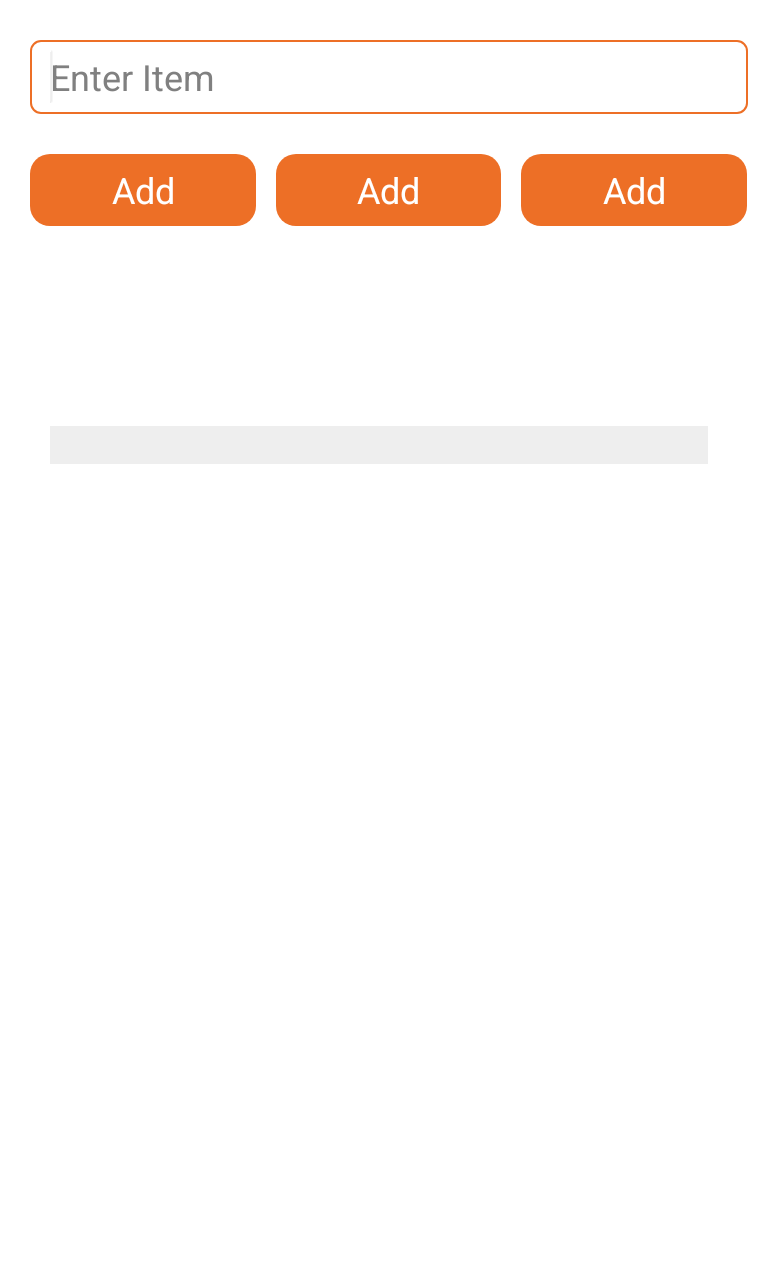
Repository: ianDervan/FYP_ShopSmart
Layout: FYP/ShopSmart/res/layout/activity_shopping_list.xml
The author's editor kept a copy of each file at every save. The layout is drawn from the files as they stood at one save, then again after a run of saves.
It is drawn on a 768 x 1280 px phone screen (xhdpi) without system bars, with theme AppTheme; the app's code is not run.

Above is the layout before, as saved 2015-01-16 20:47:24.

### FYP/ShopSmart/res/layout/activity_shopping_list.xml
<?xml version="1.0" encoding="utf-8"?>
<LinearLayout xmlns:android="http://schemas.android.com/apk/res/android"
     android:layout_width="match_parent"
     android:layout_height="match_parent"
     android:orientation="vertical"
     android:padding="10dip" >

    <LinearLayout
        android:layout_width="fill_parent"
        android:layout_height="wrap_content"
        android:orientation="horizontal" >

        <AutoCompleteTextView
            android:id="@+id/autocomplete_country"
            android:layout_width="match_parent"
            android:layout_height="37dp"
            android:layout_marginLeft="5dp"
            android:layout_marginTop="10dp"
            android:layout_weight="1"
            android:background="@drawable/customeditext"
            android:dropDownWidth="340dp"
            android:hint="Enter Item"
            android:paddingLeft="10dp" >

            <requestFocus />
        </AutoCompleteTextView>
	</LinearLayout>

    <LinearLayout
        android:layout_width="fill_parent"
        android:layout_height="wrap_content"
        android:layout_marginTop="10dp"
        android:layout_marginLeft="5dp"
        android:orientation="horizontal" >

        <Button
            android:id="@+id/Button02"
            android:layout_width="0dp"
            android:layout_height="36dp"
            android:layout_marginTop="10dp"
            android:layout_weight="0.1"
            android:background="@drawable/custombutton_lr"
            android:text="Add"
            android:textColor="#FFFFFF" />

        <Button
            android:id="@+id/Button01"
            android:layout_width="0dp"
            android:layout_height="36dp"
            android:layout_weight="0.1"
            android:layout_marginLeft="10dp"
            android:layout_marginTop="10dp"
            android:background="@drawable/custombutton_lr"
            android:text="Add"
            android:textColor="#FFFFFF" />

        <Button
            android:id="@+id/btn_2"
            android:layout_width="0dp"
            android:layout_height="36dp"
            android:layout_weight="0.1"
            android:layout_marginLeft="10dp"
            android:layout_marginTop="10dp"
            android:background="@drawable/custombutton_lr"
            android:text="Add"
            android:textColor="#FFFFFF" />
    </LinearLayout>

     <LinearLayout
         android:layout_width="fill_parent"
         android:layout_height="wrap_content"
         android:layout_marginTop="50dp"
         android:orientation="vertical" >


         <ScrollView
             android:id="@+id/ScrollView01"
             android:layout_width="match_parent"
             android:layout_height="0dp"
             android:layout_weight="1.20"
             android:layout_marginTop="50dp" >

             <TextView
                 android:id="@+id/txtMsg"
                 android:layout_width="match_parent"
                 android:layout_height="wrap_content"
                 android:layout_marginLeft="15dp"
                 android:layout_marginRight="20dp"
                 android:background="#ffeeeeee" />
         </ScrollView>

     </LinearLayout>
 </LinearLayout>

### FYP/ShopSmart/res/drawable/customeditext.xml
<?xml version="1.0" encoding="utf-8"?>

<shape xmlns:android="http://schemas.android.com/apk/res/android"
	android:shape="rectangle" android:padding="10dp">
	<solid android:color="#FFFFFF" />
	<corners
	    android:bottomRightRadius="5dp"
		android:bottomLeftRadius="5dp"
		android:topLeftRadius="5dp"
		android:topRightRadius="5dp" />
	<stroke android:width="1dip" android:color="#ED6F26"/>

</shape>

### FYP/ShopSmart/res/drawable/custombutton_lr.xml
<?xml version="1.0" encoding="utf-8"?>

<shape xmlns:android="http://schemas.android.com/apk/res/android"
     android:shape="rectangle">
     <solid android:color="#ED6F26"/>
     <corners android:bottomLeftRadius="10dp"
         android:bottomRightRadius="10dp"
         android:topLeftRadius="10dp"
         android:topRightRadius="10dp"/>
 </shape>

Loaded but not shown: FYP/ShopSmart/res/values/styles.xml (common file); FYP/ShopSmart/res/values-v11/styles.xml (common file); FYP/ShopSmart/res/values-v14/styles.xml (common file)

After the next 3 saves:
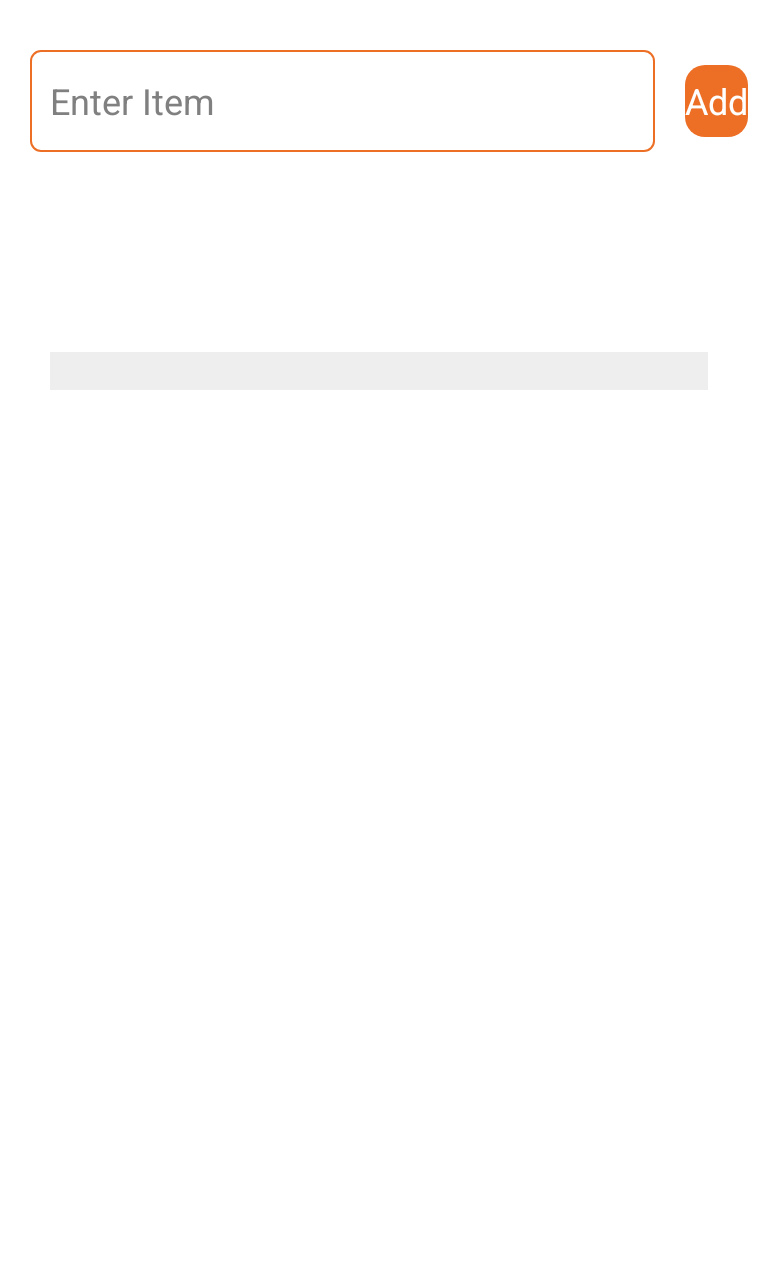
The 3 saves are shown as one change because 2 did not build or start.
The last was saved 4 min 27 s later.
--- a/FYP/ShopSmart/res/layout/activity_shopping_list.xml
+++ b/FYP/ShopSmart/res/layout/activity_shopping_list.xml
@@ -12,55 +12,22 @@
 
         <AutoCompleteTextView
             android:id="@+id/autocomplete_country"
-            android:layout_width="match_parent"
-            android:layout_height="37dp"
+            android:layout_width="213dp"
+            android:layout_height="51dp"
             android:layout_marginLeft="5dp"
-            android:layout_marginTop="10dp"
-            android:layout_weight="1"
+            android:layout_marginTop="15dp"
+            android:layout_weight="0.06"
             android:background="@drawable/customeditext"
             android:dropDownWidth="340dp"
             android:hint="Enter Item"
-            android:paddingLeft="10dp" >
+            android:paddingLeft="10dp" />
 
-            <requestFocus />
-        </AutoCompleteTextView>
-	</LinearLayout>
-
-    <LinearLayout
-        android:layout_width="fill_parent"
-        android:layout_height="wrap_content"
-        android:layout_marginTop="10dp"
-        android:layout_marginLeft="5dp"
-        android:orientation="horizontal" >
-
-        <Button
-            android:id="@+id/Button02"
-            android:layout_width="0dp"
+        <EditText
+            android:id="@+id/quantity"
+            android:layout_width="wrap_content"
             android:layout_height="36dp"
-            android:layout_marginTop="10dp"
-            android:layout_weight="0.1"
-            android:background="@drawable/custombutton_lr"
-            android:text="Add"
-            android:textColor="#FFFFFF" />
-
-        <Button
-            android:id="@+id/Button01"
-            android:layout_width="0dp"
-            android:layout_height="36dp"
-            android:layout_weight="0.1"
-            android:layout_marginLeft="10dp"
-            android:layout_marginTop="10dp"
-            android:background="@drawable/custombutton_lr"
-            android:text="Add"
-            android:textColor="#FFFFFF" />
-
-        <Button
-            android:id="@+id/btn_2"
-            android:layout_width="0dp"
-            android:layout_height="36dp"
-            android:layout_weight="0.1"
-            android:layout_marginLeft="10dp"
-            android:layout_marginTop="10dp"
+            android:layout_marginLeft="15dp"
+            android:layout_marginTop="15dp"
             android:background="@drawable/custombutton_lr"
             android:text="Add"
             android:textColor="#FFFFFF" />
